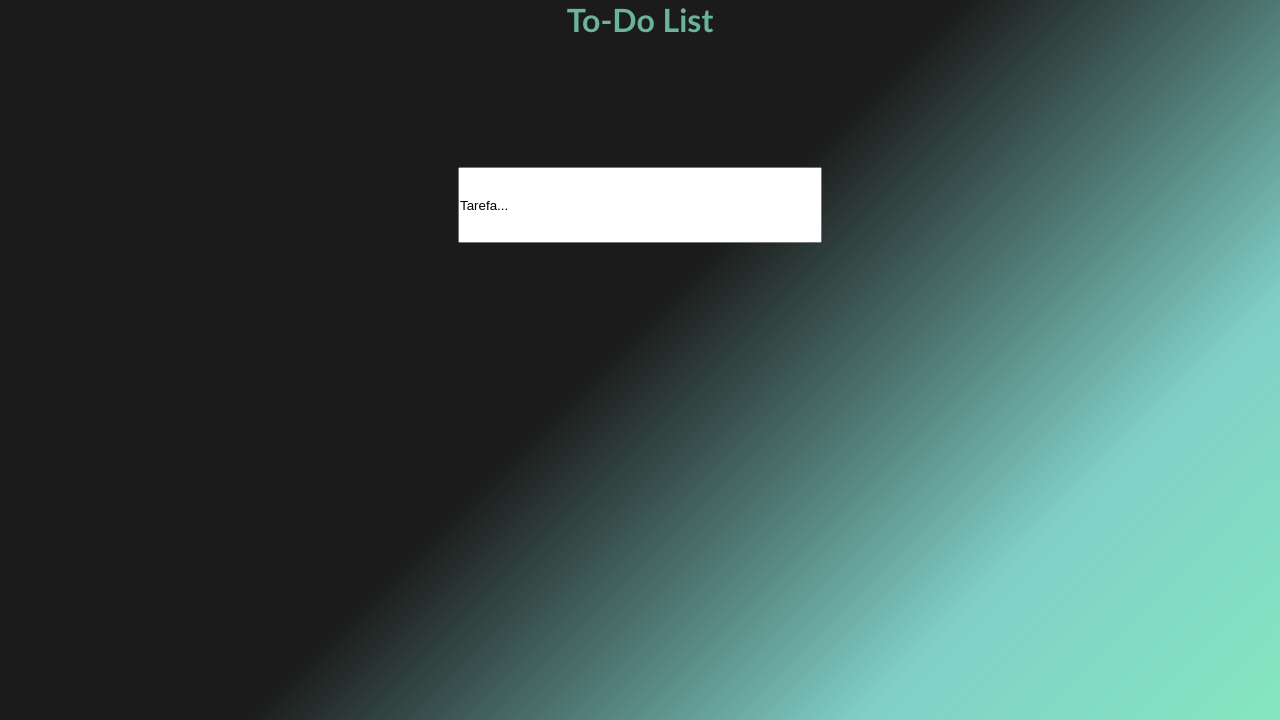
Repository: PetersonAntonyDev/python-flask-
Page: index.html
These files come from the project's save history. The page is drawn as it stood at one moment and after the next save; the edit follows.
The browser window is 1280 px wide. The pictures show the whole page.

Above is the page before, as saved 2022-07-26 10:13:46.

After the next save:
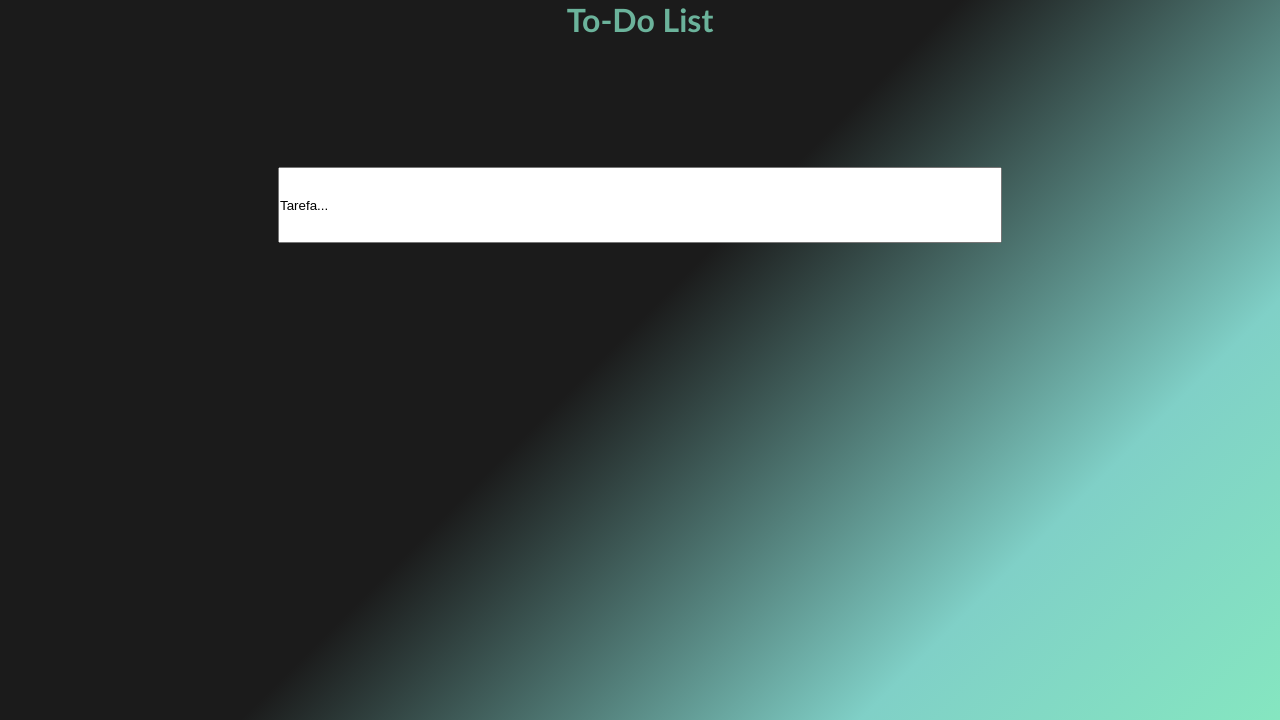
Saved 9 s later.
--- a/style.css
+++ b/style.css
@@ -23,5 +23,5 @@ header {
 
 .task {
     height: 10vh;
-    width: 50vh;
+    width: 100vh;
 }
